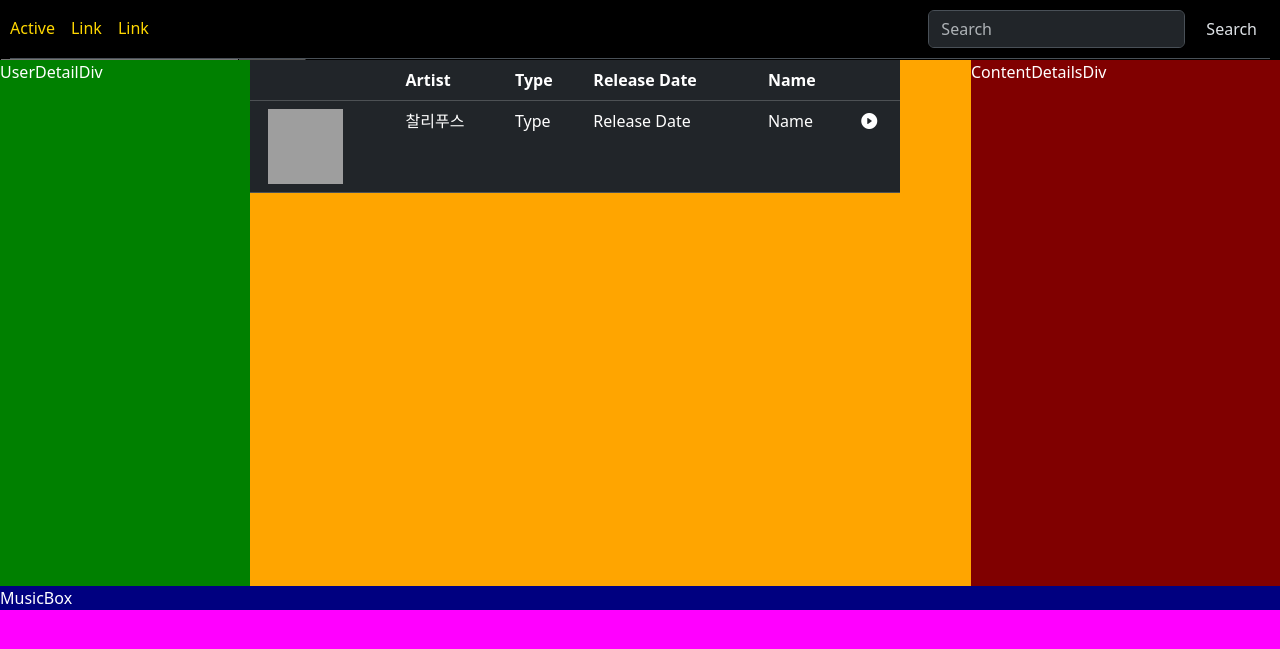
Repository: budflower44/My_Music_Life
Page: http://localhost/my_music_life/WEB-INF/views/mml/main.jsp
These files come from the project's save history. The page is drawn as it stood at one moment and after the next save; the edit follows.
The browser window is 1280 px wide. The pictures show the whole page.
Pictures or frames that could not be fetched are drawn as grey boxes. The page is served by Tomcat 9. Nobody is signed in. Other server files are loaded and not shown. The template is opened directly, without the code that normally fills it, so the values that code supplies are empty.

Above is the page before, as saved 2024-02-15 05:37:43.
Console error: TypeError: Cannot read properties of null (reading 'addEventListener')

### my_music_life/src/main/webapp/WEB-INF/views/mml/main.jsp
<%@ page language="java" contentType="text/html; charset=UTF-8"
    pageEncoding="UTF-8"%>
<!DOCTYPE html>
<html>
<head>
<meta charset="UTF-8">
<title>Insert title here</title>
</head>
<link rel="stylesheet" href="https://cdn.jsdelivr.net/npm/bootstrap-icons@1.10.5/font/bootstrap-icons.css">
<link href="https://cdn.jsdelivr.net/npm/bootstrap@5.3.1/dist/css/bootstrap.min.css" rel="stylesheet" integrity="sha384-4bw+/aepP/YC94hEpVNVgiZdgIC5+VKNBQNGCHeKRQN+PtmoHDEXuppvnDJzQIu9" crossorigin="anonymous">
<script src="https://cdn.jsdelivr.net/npm/@popperjs/core@2.11.8/dist/umd/popper.min.js" integrity="sha384-I7E8VVD/ismYTF4hNIPjVp/Zjvgyol6VFvRkX/vR+Vc4jQkC+hVqc2pM8ODewa9r" crossorigin="anonymous"></script>
<script src="https://cdn.jsdelivr.net/npm/bootstrap@5.3.1/dist/js/bootstrap.min.js" integrity="sha384-Rx+T1VzGupg4BHQYs2gCW9It+akI2MM/mndMCy36UVfodzcJcF0GGLxZIzObiEfa" crossorigin="anonymous"></script>
<style>
body{
	background-color : black;
	color: white;
	padding: 0;
	margin: 0;
}
.parentsDiv{
	height: 100vh;
	width: 100vw;
	display: flex;
	flex-direction: column;
}
.HeaderDiv{
	height: 60px;
}
.MidDiv{
	height: calc(100vh - 214px);
	min-height: calc(100vh - 194px);
	display:flex;
}
.FooterDiv{
	background-color: fuchsia;
	height: 154px;
	padding: 0;
	margin: 0;
	position:sticky;
	top: calc(100vh - 214px);
}
.SearchLineDiv{

}
.UserDetailDiv{
	background-color: green;
	width: 250px;
	min-width: 250px;
}
.ContentsDiv{
	background-color: orange;
	width: 100%;
	height:calc(100vw-550px);
	display: flex;
	justify-content: space-between;
	overflow: scroll;
}
.ContentDiv{
	background-color: lime;
	width: 70%;
	height: calc(100vw-550px);
	overflow: scroll;
	align-items: flex-start;
}
.ContentDetailsDiv{
	background-color: maroon;
	width: 30%;
	min-width: 300px;
	height: 100%
}
.MusicBox{
	background-color: navy;
	padding: 0;
	margin: 0;

}
.searchDiv{
	background-color: black;
	width: 650px;
	height: 75px;
}
.searchDiv img{
	margin-left: 10px;
}
.searchDiv span{
	text-align: center;
}
.playIcon {
	display: inline;
}

.navDiv{
	position:sticky;
	padding-left: 10px;
	padding-right: 10px;
}
.nav-link{
	color: gold;
}
.nav-link:hover {
	color: white;
}
.navbar{
	background-color: black;
}
</style>
<body>
<div class="parentsDiv">
	<div class="HeaderDiv">
		<div class="SearchLineDiv">
				<div class="navDiv">
					<nav class="navbar border-bottom border-body" data-bs-theme="dark">
						<ul class="nav nav-underline justify-content-end">
							<li class="nav-item"><a class="nav-link" aria-current="page" href="#">Active</a></li>
							<li class="nav-item"><a class="nav-link" href="#">Link</a></li>
							<li class="nav-item"><a class="nav-link" href="#">Link</a></li>
						</ul>
						<form class="d-flex" role="search">
        					<input class="form-control me-2 " id="searchKeyword" type="search" placeholder="Search" aria-label="Search">
        					<button class="btn" type="button" id="searchBtn">Search</button>
      					</form>
					</nav>
				</div>
				<input type="text" id="searchKeyword"><button type="button" id="searchBtn">Search</button>
		</div>
	</div>
	<div class="MidDiv">
		<div class="UserDetailDiv">UserDetailDiv</div>
		<div class="ContentsDiv">
			<div class="contentDiv">
				<div class="searchDiv 1" id="MusicBox">
				<table id="SearchBox" class="table table-dark table-hover">
					<tr>
						<th></th>
						<th>Artist</th>
						<th>Type</th>
						<th>Release Date</th>
						<th>Name</th>
						<th></th>
					</tr>
					<tr>
						<td>
						<img alt="" src="https://i.scdn.co/image/ab67616d0000b273a3b39c1651a617bb09800fd8" style="height:75px; width:75px; display:inline;">
						</td>
						<td>찰리푸스</td>
						<td>Type</td>
						<td>Release Date</td>
						<td>Name</td>
						<td><i class="bi bi-play-circle-fill"></i></th>
					</tr>
				</table>
				</div>
			</div>
			<div class="ContentDetailsDiv">ContentDetailsDiv</div>
		</div>
	</div>
	<div class="FooterDiv">
		<div class="MusicBox" >MusicBox</div>
	</div>
	<div></div>
</div>

<script src="/resources/js/spotifyAPI.js"></script>

</body>
</html>

Loaded but not shown: my_music_life/src/main/webapp/resources/js/spotifyAPI.js (910 lines, source omitted)

After the next save:
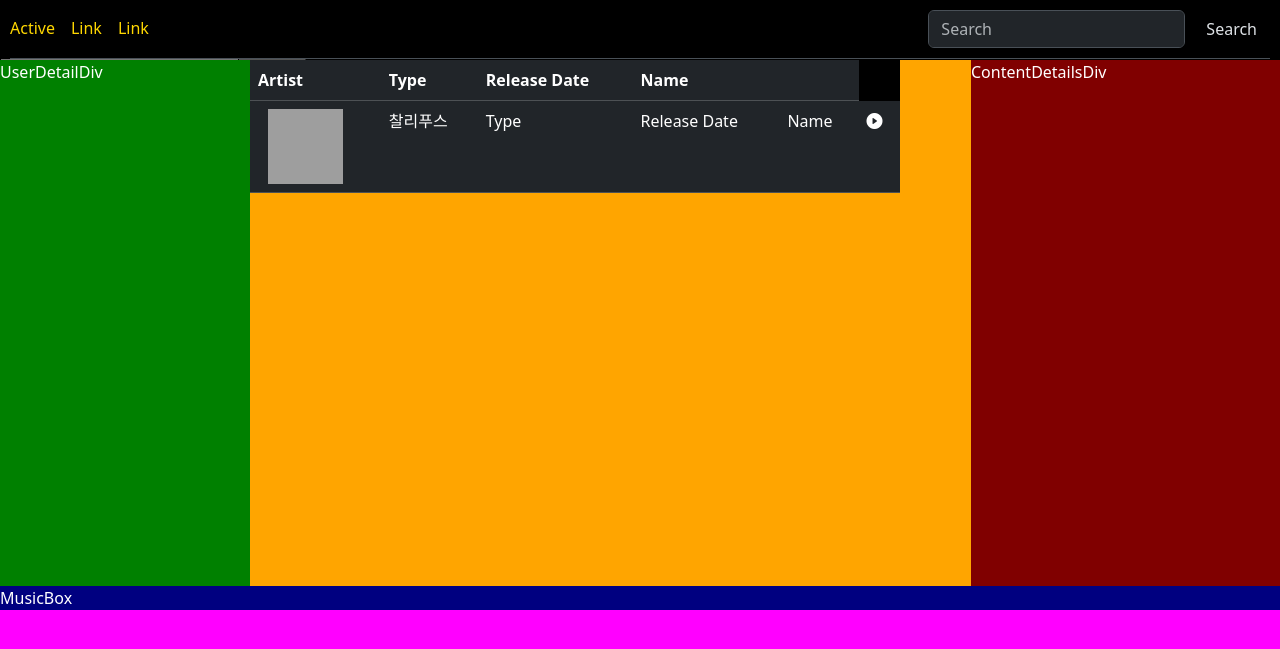
Saved 7 s later.
--- a/my_music_life/src/main/webapp/WEB-INF/views/mml/main.jsp
+++ b/my_music_life/src/main/webapp/WEB-INF/views/mml/main.jsp
@@ -131,7 +131,6 @@
 				<div class="searchDiv 1" id="MusicBox">
 				<table id="SearchBox" class="table table-dark table-hover">
 					<tr>
-						<th></th>
 						<th>Artist</th>
 						<th>Type</th>
 						<th>Release Date</th>

After the save that followed:
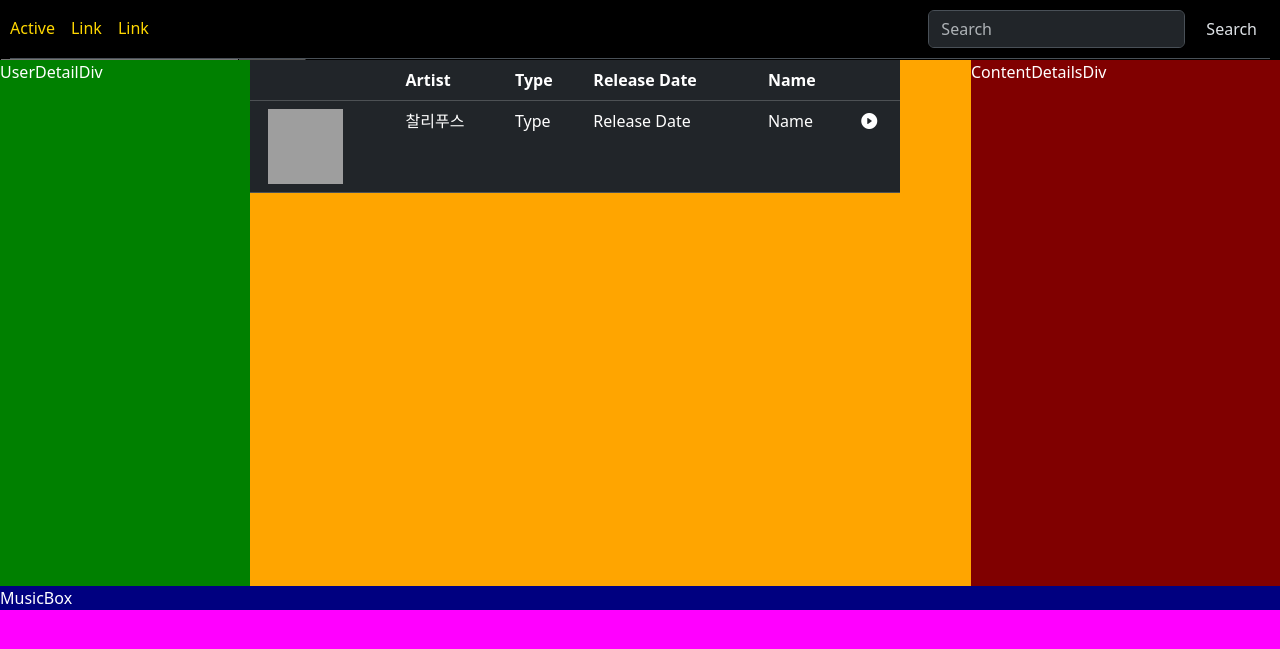
Saved 6 s later.
--- a/my_music_life/src/main/webapp/WEB-INF/views/mml/main.jsp
+++ b/my_music_life/src/main/webapp/WEB-INF/views/mml/main.jsp
@@ -131,6 +131,7 @@
 				<div class="searchDiv 1" id="MusicBox">
 				<table id="SearchBox" class="table table-dark table-hover">
 					<tr>
+						<th></th>
 						<th>Artist</th>
 						<th>Type</th>
 						<th>Release Date</th>
